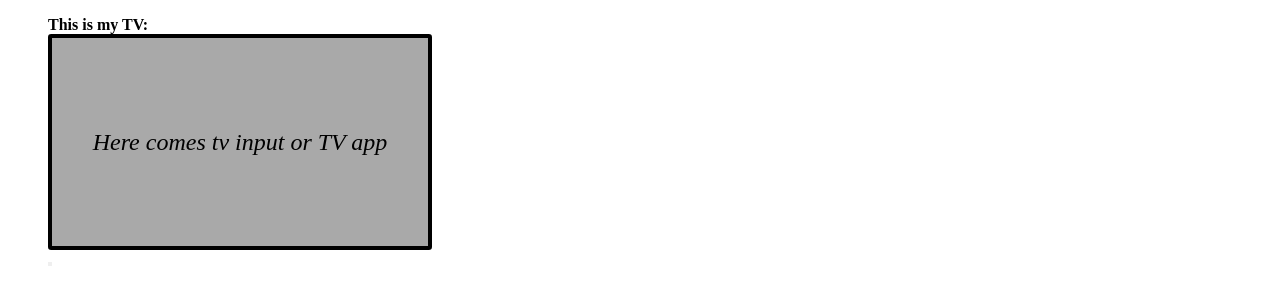
Repository: NoroffFEU/programming-foundations-ca-runeunhjem
Page: index.html
An editor plug-in stored every save of this project. The page is shown before and after the next save, followed by the edit.
The browser window is 1280 px wide. The pictures show the whole page.
The style sheet was rebuilt from its Sass, Less or Tailwind sources for each picture, by a compiler version that may differ from the author's.

Above is the page before, as saved 2023-01-12 14:25:58.

After the next save:
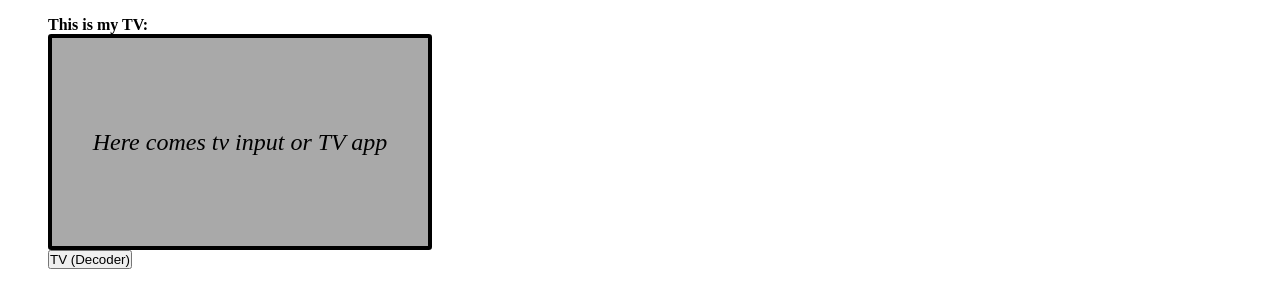
Saved 17 s later.
--- a/index.html
+++ b/index.html
@@ -21,7 +21,7 @@
     </section>
     <section class="remote">
       <div class="inputs">
-        <button></button>
+        <button>TV (Decoder)</button>
 
       </div>
     </section>
